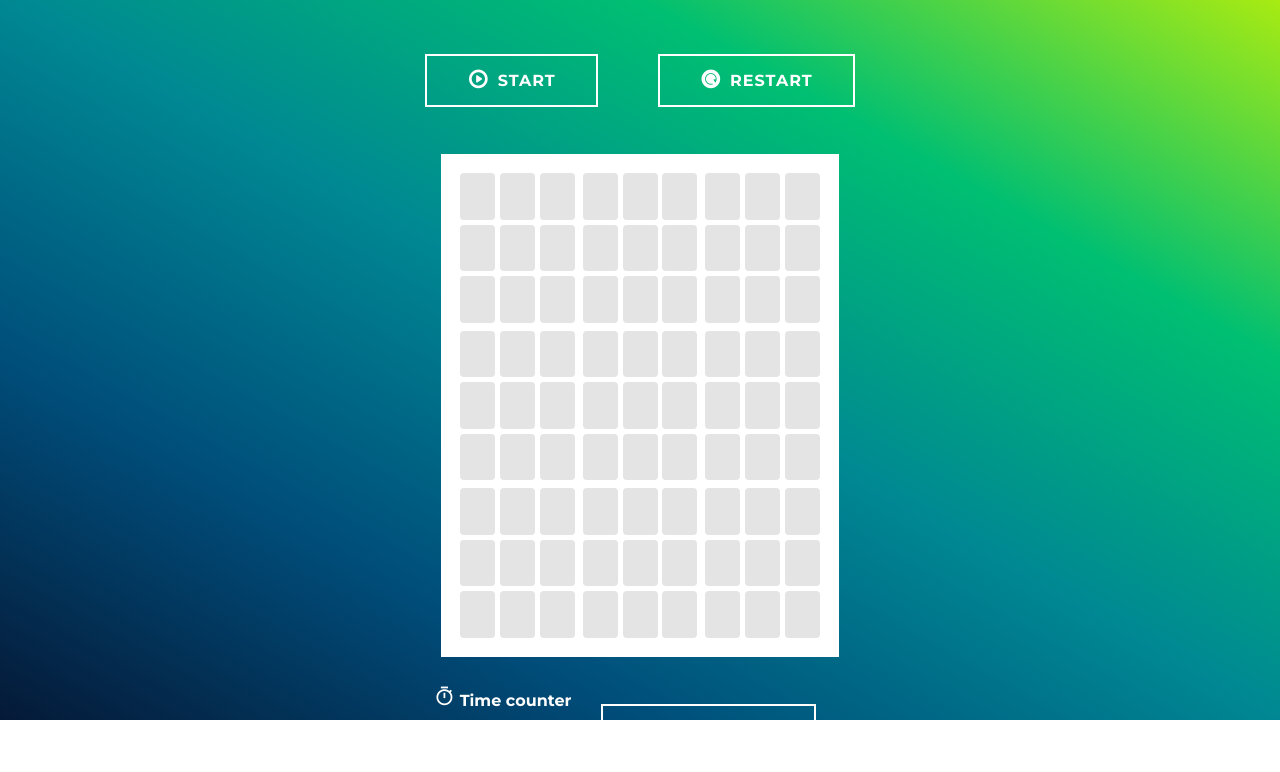
Repository: pattypetrikova/sudoku
Page: index.html
These files come from the project's save history. The page is drawn as it stood at one moment and after the next save; the edit follows.
The browser window is 1280 px wide. The pictures show the whole page.
Some web fonts or font styles are not loaded; a fallback is used.

Above is the page before, as saved 2022-12-30 19:30:46.

### index.html
<!DOCTYPE html>
<html lang="en">
<head>
    <meta charset="UTF-8">
    <meta http-equiv="X-UA-Compatible" content="IE=edge">
    <meta name="viewport" content="width=device-width, initial-scale=1.0">
    <link rel="stylesheet" href="./assets/style.css">
    <link rel="preconnect" href="https://fonts.googleapis.com">
    <link rel="preconnect" href="https://fonts.gstatic.com" crossorigin>
    <link href="https://fonts.googleapis.com/css2?family=Erica+One&family=Montserrat:ital,wght@0,700;1,400&display=swap" rel="stylesheet">
    <link href="https://cdn.jsdelivr.net/npm/remixicon@2.5.0/fonts/remixicon.css" rel="stylesheet">
    <title>Sudoku</title>
</head>
<body>
    <main class="background">
        <h1 class="title">Sudoku</h1>
        <div class="head">
            <div class="buttons">
                <button class="button button-1 start"><i class="ri-play-circle-line ri-lg"></i>
                    Start</button>
                    <button class="button button-1 start"><i class="ri-restart-fill ri-lg"></i>Restart</button>
            </div>
        </div>
        <div class="game">
            <div class="gameboard">
                <form class="board-section" action="">
                    <input class="number" max-length="1" type="text">
                    <input class="number" max-length="1" type="text">
                    <input class="number" max-length="1" type="text">
                    <input class="number" max-length="1" type="text">
                    <input class="number" max-length="1" type="text">
                    <input class="number" max-length="1" type="text">
                    <input class="number" max-length="1" type="text">
                    <input class="number" max-length="1" type="text">
                    <input class="number" max-length="1" type="text">
                </form>
                <form class="board-section" action="">
                    <input class="number" type="text">
                    <input class="number" type="text">
                    <input class="number" type="text">
                    <input class="number" type="text">
                    <input class="number" type="text">
                    <input class="number" type="text">
                    <input class="number" type="text">
                    <input class="number" type="text">
                    <input class="number" type="text">
                </form>
                <form class="board-section" action="">
                    <input class="number" type="text">
                    <input class="number" type="text">
                    <input class="number" type="text">
                    <input class="number" type="text">
                    <input class="number" type="text">
                    <input class="number" type="text">
                    <input class="number" type="text">
                    <input class="number" type="text">
                    <input class="number" type="text">
                </form>
                <form class="board-section" action="">
                    <input class="number" type="text">
                    <input class="number" type="text">
                    <input class="number" type="text">
                    <input class="number" type="text">
                    <input class="number" type="text">
                    <input class="number" type="text">
                    <input class="number" type="text">
                    <input class="number" type="text">
                    <input class="number" type="text">
                </form>
                <form class="board-section" action="">
                    <input class="number" type="text">
                    <input class="number" type="text">
                    <input class="number" type="text">
                    <input class="number" type="text">
                    <input class="number" type="text">
                    <input class="number" type="text">
                    <input class="number" type="text">
                    <input class="number" type="text">
                    <input class="number" type="text">
                </form>
                <form class="board-section" action="">
                    <input class="number" type="text">
                    <input class="number" type="text">
                    <input class="number" type="text">
                    <input class="number" type="text">
                    <input class="number" type="text">
                    <input class="number" type="text">
                    <input class="number" type="text">
                    <input class="number" type="text">
                    <input class="number" type="text">
                </form>
                <form class="board-section" action="">
                    <input class="number" type="text">
                    <input class="number" type="text">
                    <input class="number" type="text">
                    <input class="number" type="text">
                    <input class="number" type="text">
                    <input class="number" type="text">
                    <input class="number" type="text">
                    <input class="number" type="text">
                    <input class="number" type="text">
                </form>
                <form class="board-section" action="">
                    <input class="number" type="text">
                    <input class="number" type="text">
                    <input class="number" type="text">
                    <input class="number" type="text">
                    <input class="number" type="text">
                    <input class="number" type="text">
                    <input class="number" type="text">
                    <input class="number" type="text">
                    <input class="number" type="text">
                </form>
                <form class="board-section" action="">
                    <input class="number" type="text">
                    <input class="number" type="text">
                    <input class="number" type="text">
                    <input class="number" type="text">
                    <input class="number" type="text">
                    <input class="number" type="text">
                    <input class="number" type="text">
                    <input class="number" type="text">
                    <input class="number" type="text">
                </form>
            </div>
        </div>
        <div class="footer">
            <div class="footer-buttons">
                <div class="time-couner"><i class="ri-timer-line ri-lg"></i>
                    Time counter</div>
                <button class="button button-1 finish"><i class="ri-checkbox-circle-line ri-lg"></i>
                    Complete</button>
            </div>
        </div>
    </main>
</body>
</html>

### assets/style.css
/* simple reset */
* {
    margin: 0;
    padding: 0;
    box-sizing: border-box;
}

/* general styles */
.background {
    font-family: 'Montserrat', sans-serif;
    color: white;
}

/* project styles */

.background {
    background-image: linear-gradient(to right top, #051937, #004d7a, #008793, #00bf72, #a8eb12);
    height: 100vh;
    display: flex;
    align-items: center;
    justify-content: center;
    flex-direction: column;
}


.game {
    background-color: white;
    display: flex;
    justify-content: center;
    flex-direction: column;
    margin: 2em;
}

.title {
    font-size: 50px;
    color: white;
    text-transform: uppercase;
    padding-bottom: 30px;
}

.gameboard {
    display: grid;
    padding: 1.2em;
    grid-template-columns: 1fr 1fr 1fr;
    gap: 0.5em;
}

.board-section {
    display: inline-grid;
    grid-template-columns: 1fr 1fr 1fr;
    justify-items: center;
    gap: .3em;
    max-width: 120px;
}

.number {
    width: 35px;
    height: 3.5em;
    background-color: lightgray;
    outline: none;
    border: none;
    border-radius: 4px;
    opacity: 0.6;
}

.buttons {
    display: flex;
}

.footer-buttons {
    display: flex;
}

.button {
    border: none;
    font-family: inherit;
    font-size: inherit;
    color: black;
    background: none;
    cursor: pointer;
    padding: 15px 40px;
    display: inline-block;
    margin: 15px 30px;
    text-transform: uppercase;
    letter-spacing: 1px;
    font-weight: 700;
    outline: none;
    position: relative;
    -webkit-transition: all 0.3s;
    -moz-transition: all 0.3s;
    transition: all 0.3s;
    display: flex;
    column-gap: 0.5em;
    align-items: center;
  }

  .button:after {
    content: '';
    position: absolute;
    z-index: -1;
    -webkit-transition: all 0.3s;
    -moz-transition: all 0.3s;
    transition: all 0.3s;
  }

  /* Button 1 */
  .button-1 {
    border: 2px solid #fff;
    color: #fff;
  }

  /* Button 1a */
  .button-1:hover,
  .button-1:active {
    color: #0e83cd;
    background: #fff;
  }

After the next save:
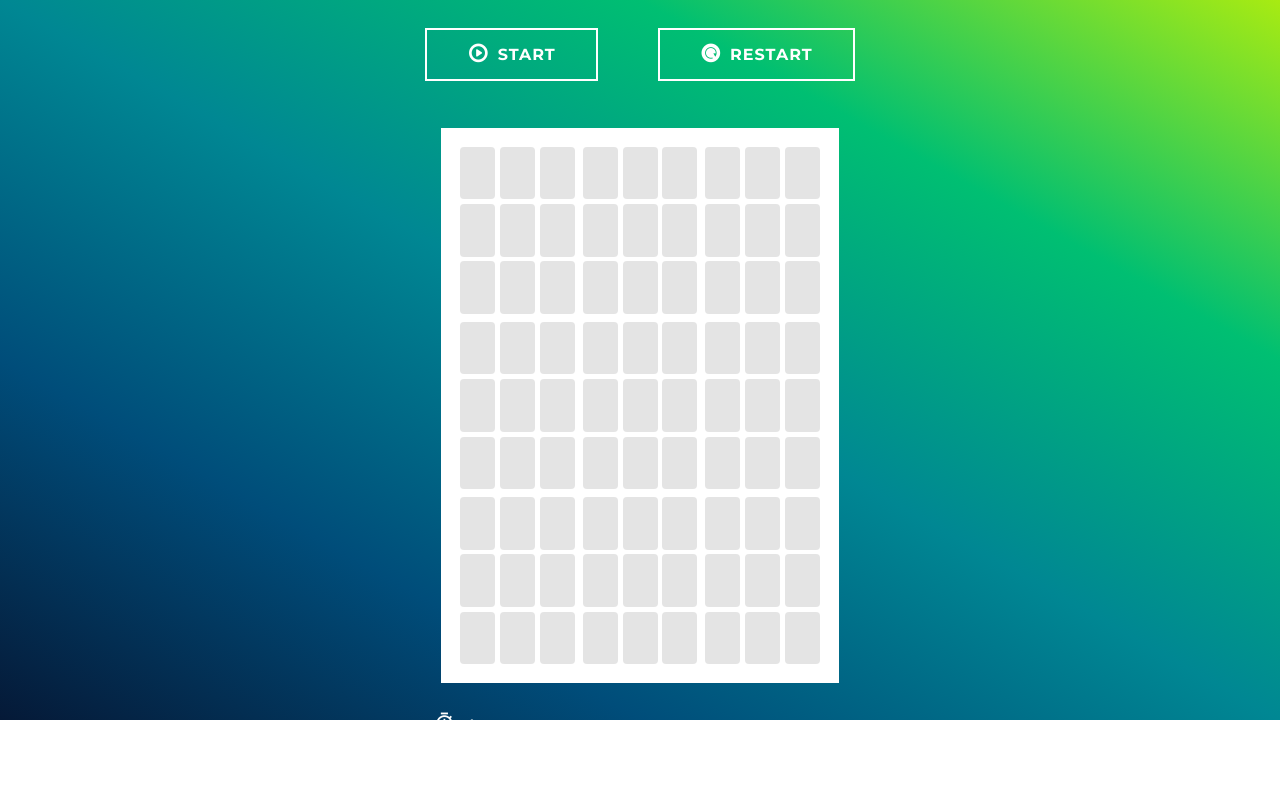
Saved 8 min 59 s later.
--- a/assets/style.css
+++ b/assets/style.css
@@ -61,6 +61,8 @@
     border: none;
     border-radius: 4px;
     opacity: 0.6;
+    text-align: center;
+    font-size: 15px
 }
 
 .buttons {
